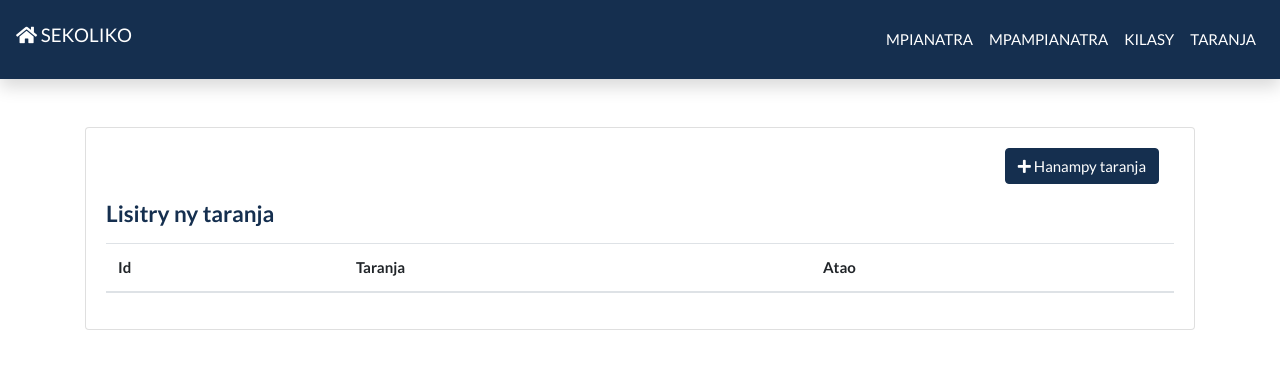
Repository: niainamahefa/j2ee-sekoliko
Page: http://localhost/Ecole/matiere
An editor plug-in stored every save of this project. The page is shown before and after the next save, followed by the edit.
The browser window is 1280 px wide. The pictures show the whole page.
The page is served by Tomcat 9. Queries for data that is not in the repository find no rows.

Above is the page before, as saved 2021-02-07 15:14:36.

After the next save:
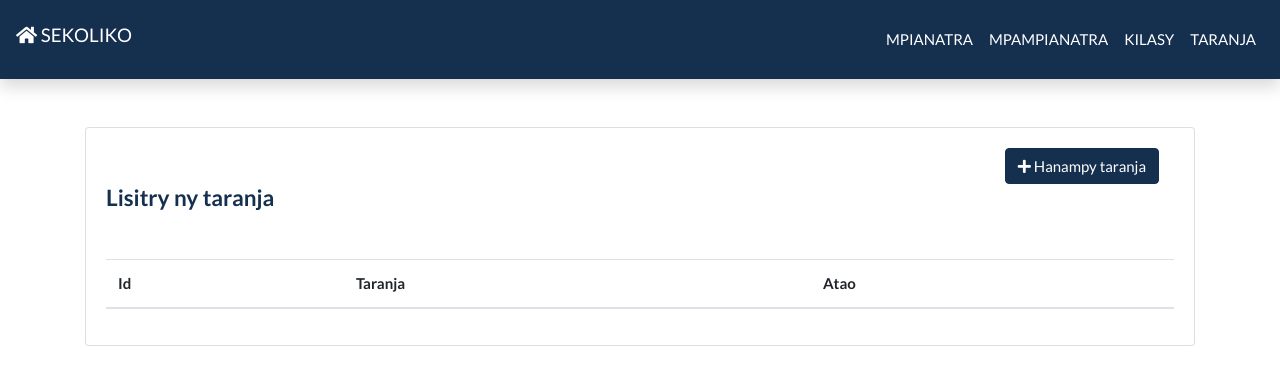
Saved 8 s later.
--- a/Ecole/WebContent/WEB-INF/matiere.jsp
+++ b/Ecole/WebContent/WEB-INF/matiere.jsp
@@ -42,7 +42,7 @@
     		 <div class="container text-right">
     		 	<a href="<%= request.getContextPath()%>/nouveau" class="btn btn-primary"  ><i class ="fas fa-plus"></i> Hanampy taranja</a>
     		 </div>
-    		 <h4 class="text-primary mt-3 font-weight-bold">Lisitry ny taranja </h4>
+    		 <h4 class="text-primary mb-5 font-weight-bold">Lisitry ny taranja </h4>
     			<table class="table mt-3 " id="table_charge">
 
                     <thead>
